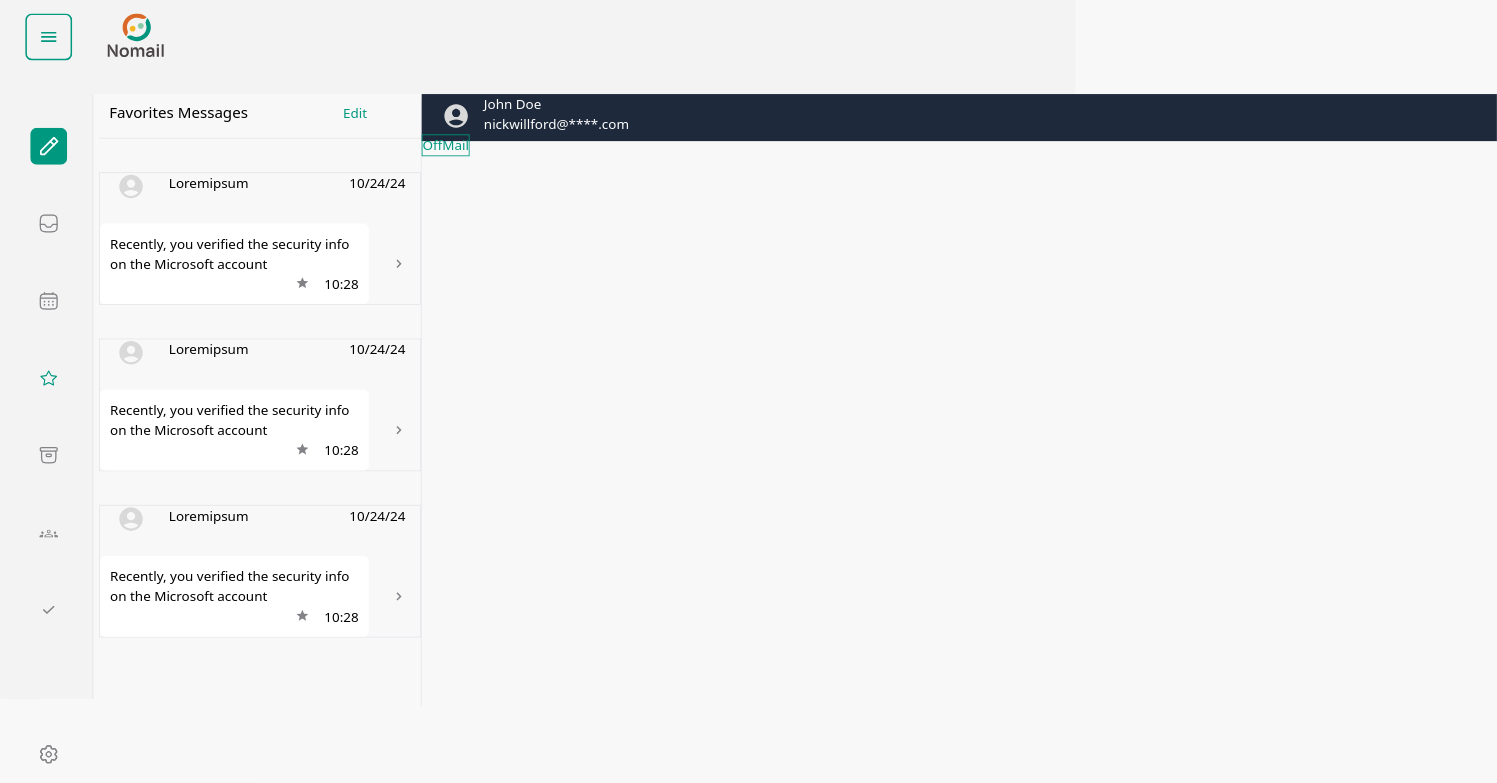
Repository: Tofigkh1/Nomail-Project
Page: /favorites (app in client/)
The author's editor kept a copy of each file at every save. The page is drawn from the files as they stood at one save, then again after a run of saves.
The browser window is 1280 px wide. The page is 1782 px wide, so the pictures cover 1782 px, including what lies to the right of the window. The pictures show the whole page, at 84% of full size.
The project was rebuilt for these pictures with package versions that can differ from the ones it lists, and the page was loaded fresh each time. The framework's server and built-in components were replaced by stand-ins that run in the browser. Also part of the build but not shown: client/next.config.mjs, client/components/shared/svg/FavoritesSvg.jsx, client/components/shared/svg/calendarActiveSvg.jsx, client/components/shared/client/CheckBox/index.tsx.

Above is the page before, as saved 2024-11-22 03:03:52.

After the next 3 saves:
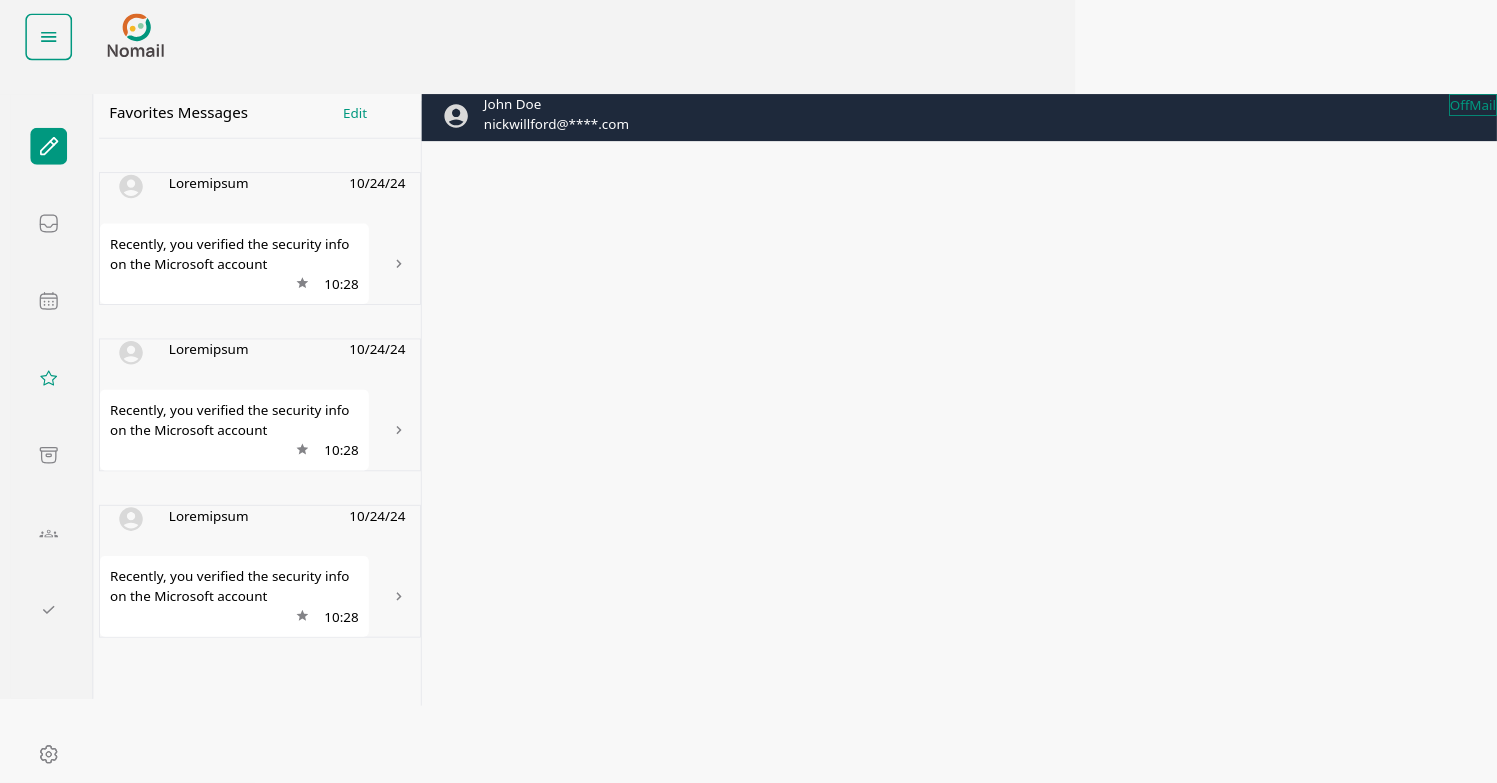
The 3 saves are shown as one change because they came seconds apart.
The last was saved 8 s later.
--- a/client/components/shared/client/messagesView/index.tsx
+++ b/client/components/shared/client/messagesView/index.tsx
@@ -14,7 +14,7 @@ export default function MessagesView() {
         <header>
             <div className=" top-0 w-screen h-14 bg-slate-800">
 
-                <div className=" ">
+                <div className=" flex justify-between">
 
 
 
